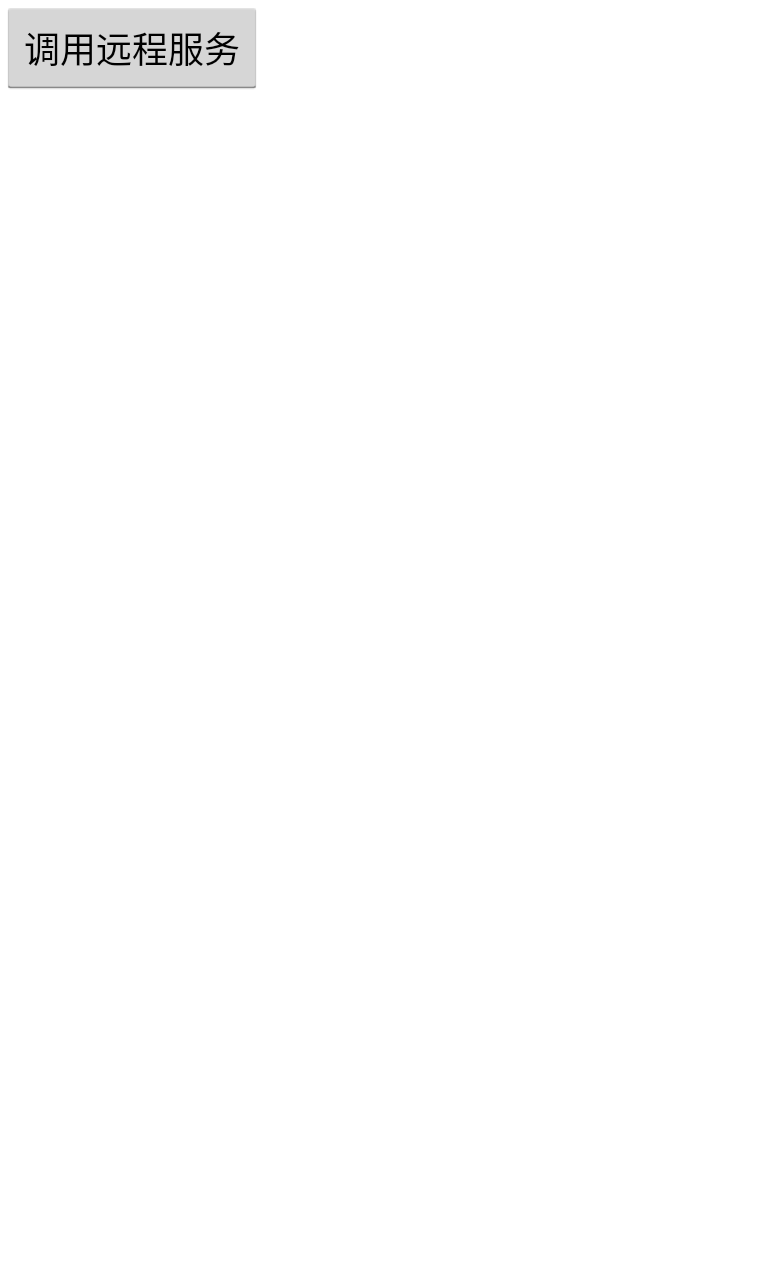
Repository: IvyZh/hm66
Layout: 黑马基础项目/res/layout/activity_remoteservice.xml
An editor plug-in stored every save of this project. The layout is shown before and after the next save, followed by the edit.
It is drawn on a 768 x 1280 px phone screen (xhdpi) without system bars, with theme AppTheme; the app's code is not run.

Above is the layout before, as saved 2016-05-26 10:56:55.

After the next save:
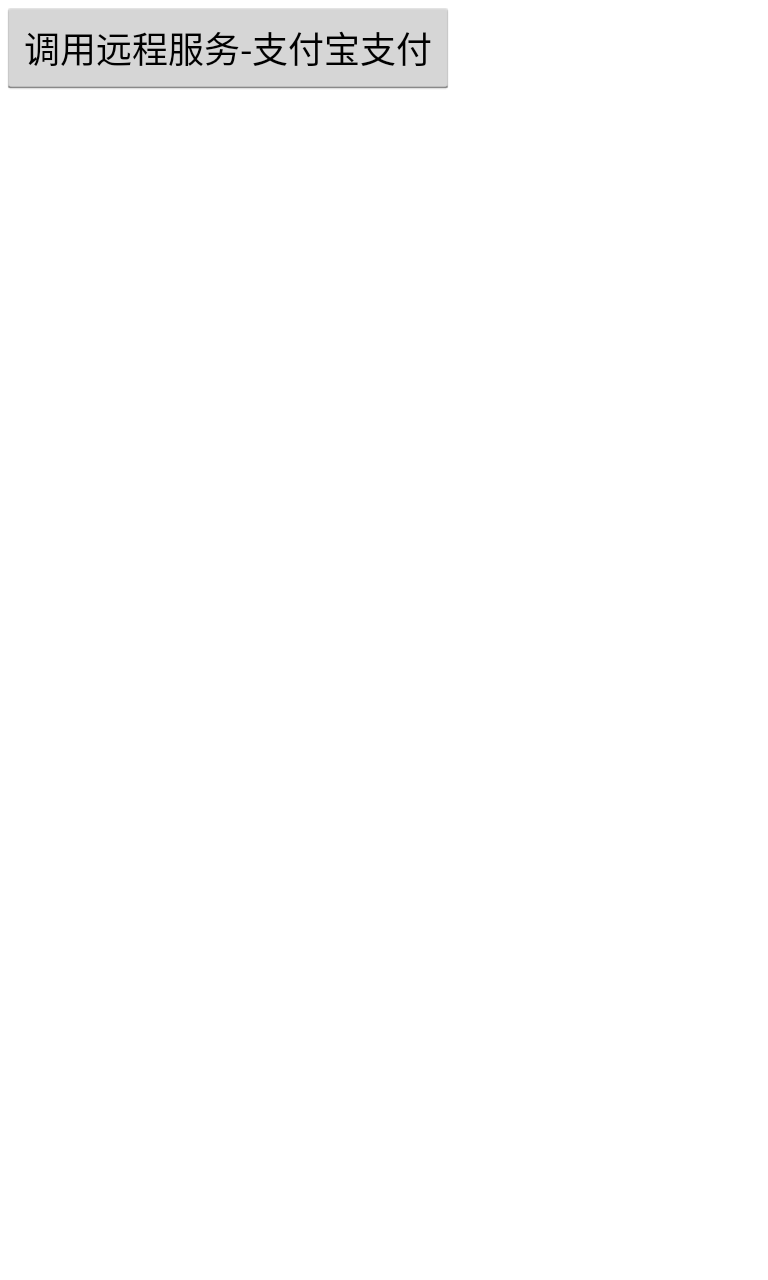
Saved 14 min 5 s later.
--- a/黑马基础项目/res/layout/activity_remoteservice.xml
+++ b/黑马基础项目/res/layout/activity_remoteservice.xml
@@ -9,6 +9,6 @@
         android:layout_width="wrap_content"
         android:layout_height="wrap_content"
         android:onClick="click"
-        android:text="调用远程服务" />
+        android:text="调用远程服务-支付宝支付" />
 
 </LinearLayout>
